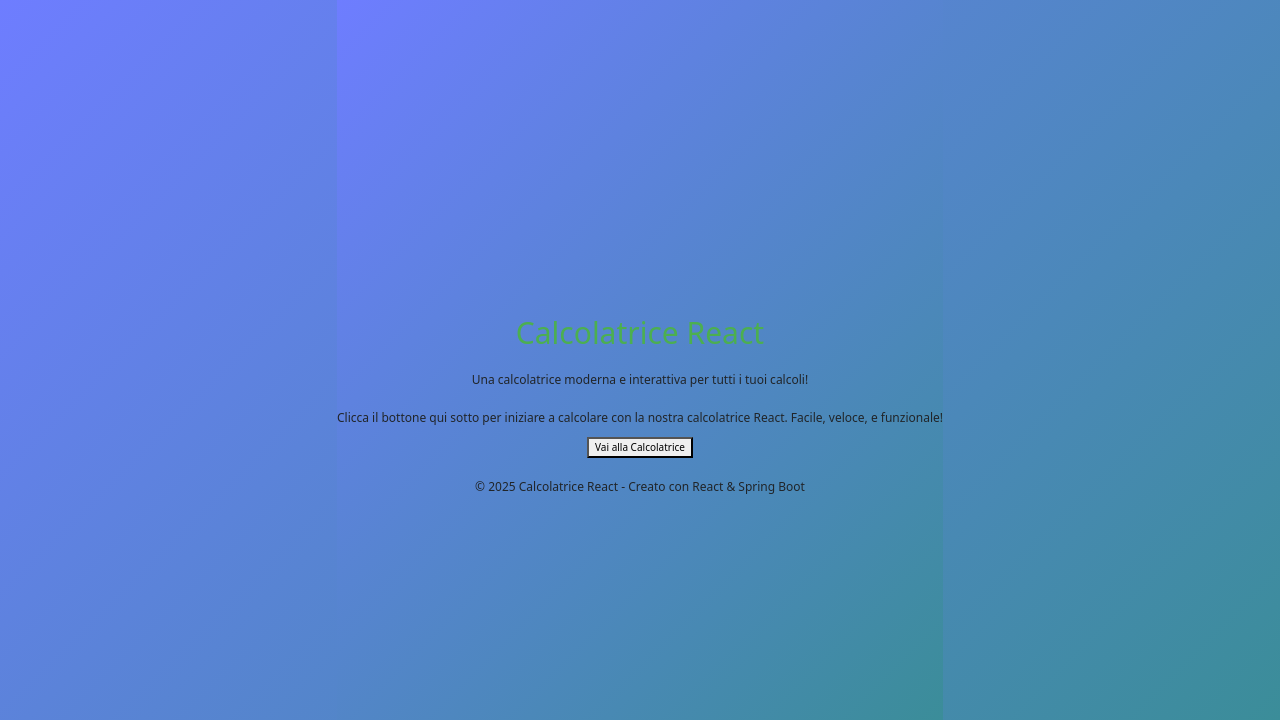
Repository: Probyte5D/Calcolatrice-FullStack
Page: / (app in frontend/)
These files come from the project's save history. The page is drawn as it stood at one moment and after the next save; the edit follows.
The browser window is 1280 px wide. The pictures show the whole page.
The project was rebuilt for these pictures with package versions that can differ from the ones it lists, and the page was loaded fresh each time. Also part of the build but not shown: frontend/src/App.css, frontend/src/components/Calculator.js.

Above is the page before, as saved 2025-04-19 17:09:43.

After the next save:
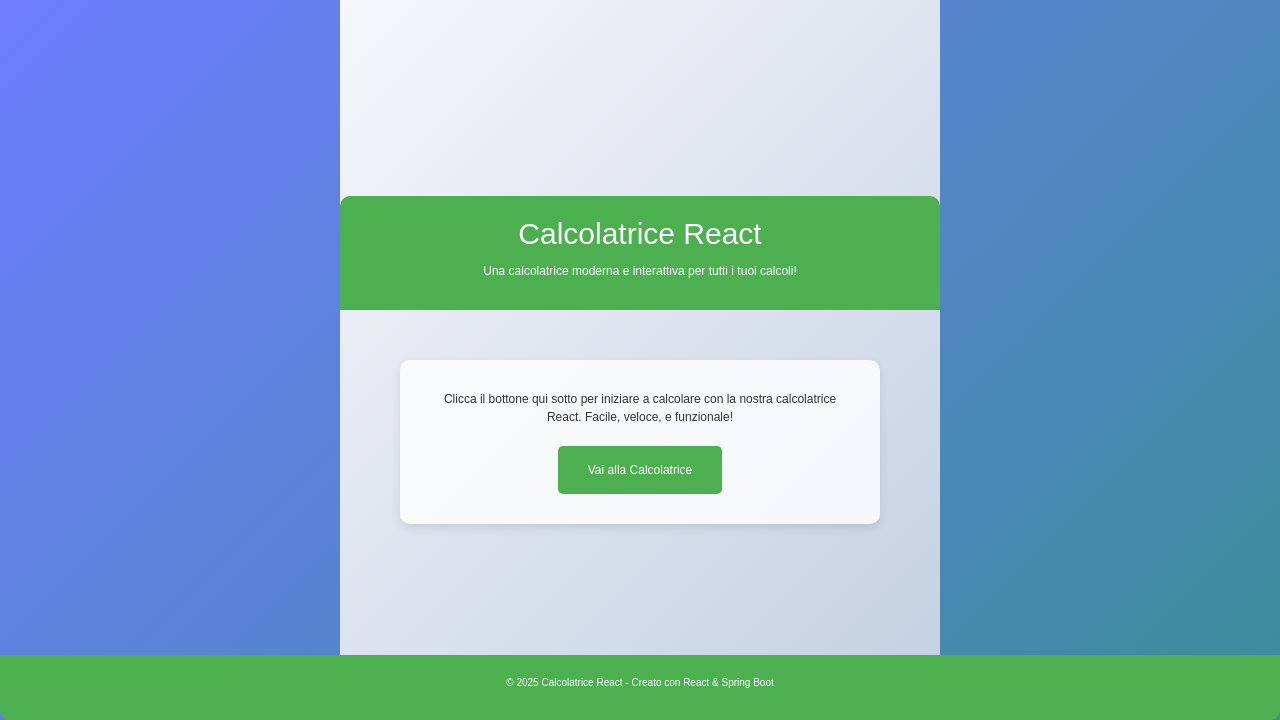
Saved 3 min 15 s later.
--- a/frontend/src/components/HomePage.css
+++ b/frontend/src/components/HomePage.css
@@ -1,44 +1,85 @@
+/* HomePage.css */
+
+/* Impostazioni di base */
 .home-page {
+  font-family: 'Arial', sans-serif;
+  background: linear-gradient(135deg, #f5f7fa, #c3cfe2);
+  min-height: 100vh;
+  display: flex;
+  flex-direction: column;
+  justify-content: center;
+  align-items: center;
   text-align: center;
-  margin-top: 100px;
+  color: #333;
 }
 
-.home-page h1 {
-  font-size: 3em;
-  color: #4CAF50;
+/* Stile dell'header */
+.header {
+  background-color: #4CAF50;
+  color: white;
+  width: 100%;
+  padding: 20px 0;
+  border-radius: 10px 10px 0 0;
 }
 
-.home-page p {
-  font-size: 1.2em;
-  margin-top: 20px;
+.header h1 {
+  font-size: 3em;
+  margin: 0;
 }
 
-.btn {
-  margin-top: 30px;
-  padding: 15px 30px;
+.header p {
   font-size: 1.2em;
+  margin-top: 10px;
 }
 
-.calculator {
+/* Stile del contenuto principale */
+.content {
   margin-top: 50px;
-  text-align: center;
+  background-color: rgba(255, 255, 255, 0.8);
+  padding: 30px;
+  border-radius: 10px;
+  box-shadow: 0 4px 10px rgba(0, 0, 0, 0.1);
+  width: 80%;
+  max-width: 600px;
 }
 
-.calculator input {
-  font-size: 2em;
-  width: 100%;
-  text-align: right;
-  padding: 10px;
+.content p {
+  font-size: 1.2em;
   margin-bottom: 20px;
 }
 
-.calculator .buttons {
-  display: grid;
-  grid-template-columns: repeat(4, 1fr);
-  gap: 10px;
+.btn-go-to-calculator {
+  background-color: #4CAF50;
+  color: white;
+  font-size: 1.2em;
+  padding: 15px 30px;
+  border: none;
+  border-radius: 5px;
+  cursor: pointer;
+  transition: all 0.3s ease;
 }
 
-.calculator button {
-  padding: 20px;
-  font-size: 1.5em;
+.btn-go-to-calculator:hover {
+  background-color: #45a049;
+  transform: scale(1.05);
 }
+
+/* Footer (Opzionale) */
+.footer {
+  margin-top: 50px;
+  background-color: #4CAF50;
+  color: white;
+  padding: 20px 0;
+  width: 100%;
+  text-align: center;
+  border-radius: 0 0 10px 10px;
+  position: absolute;
+  bottom: 0;
+}
+
+/* Per garantire che il contenuto principale non vada sotto il footer */
+body {
+  display: flex;
+  flex-direction: column;
+  min-height: 100vh;
+}
